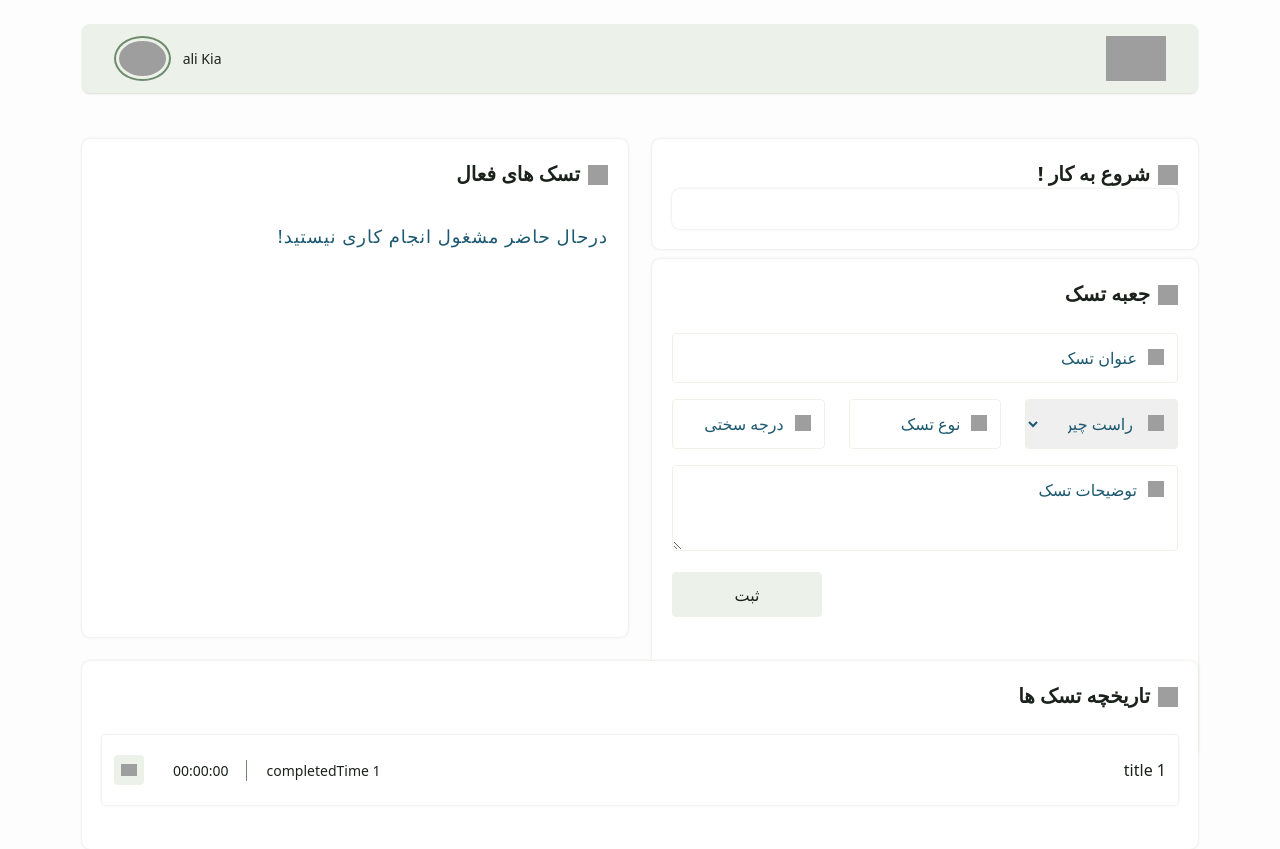
Repository: alirezvanikia/dynamic-form
Page: /
These files come from the project's save history. The page is drawn as it stood at one moment and after a run of saves; the edit follows.
The browser window is 1280 px wide. The pictures show the whole page.
Pictures or frames that could not be fetched are drawn as grey boxes. The project was rebuilt for these pictures with package versions that can differ from the ones it lists, and the page was loaded fresh each time. Also part of the build but not shown: vite.config.js, src/components/taskModal.vue.

Above is the page before, as saved 2024-11-09 21:17:58.

After the next 2 saves:
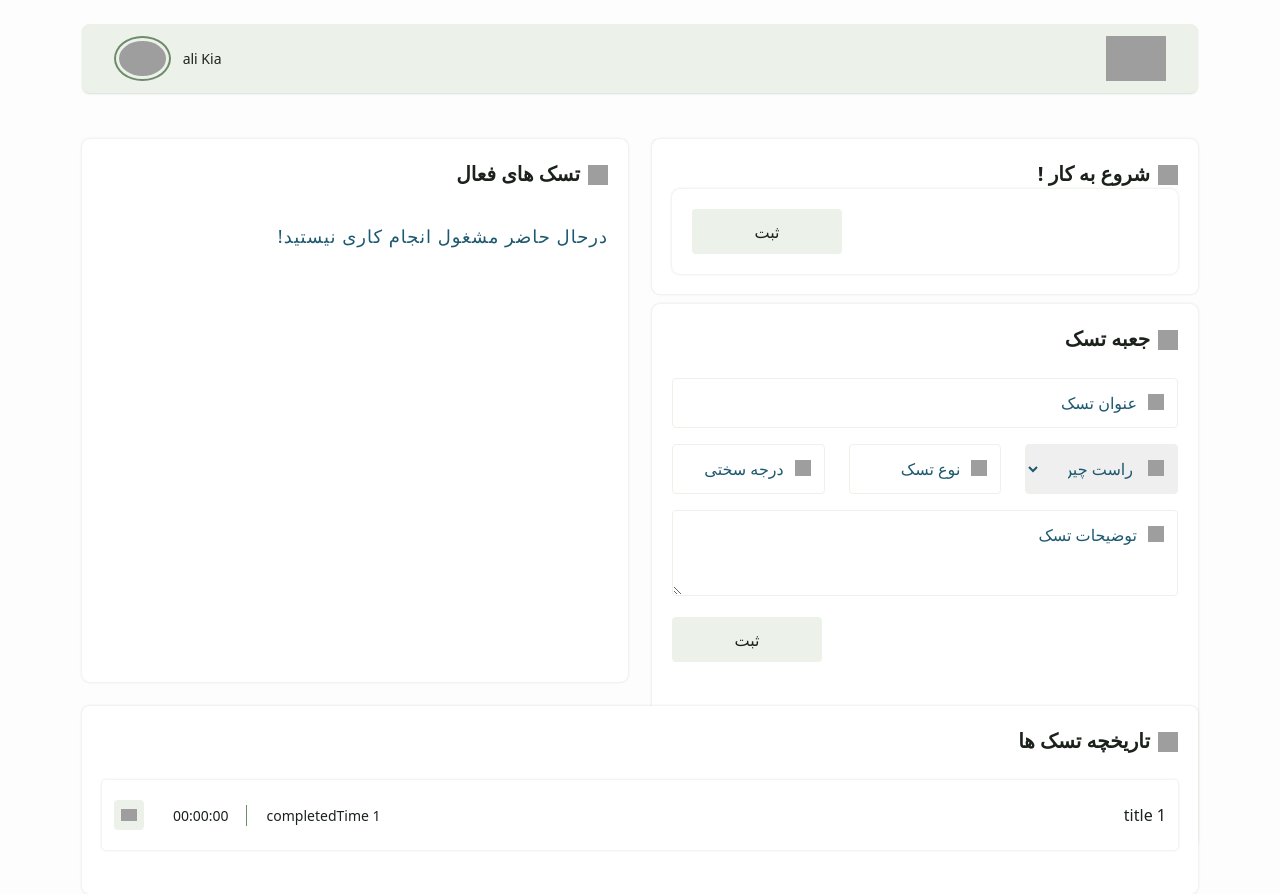
The 2 saves are shown as one change because they came seconds apart.
The last was saved 9 s later.
--- a/src/App.vue
+++ b/src/App.vue
@@ -24,7 +24,7 @@
               </div>
             </div>
             <div class="task-manager-box">
-
+              <button @click="addTask" class="btn btn--green me-auto">ثبت</button>
             </div>
           </div>
           <div class="task-manager-box">
